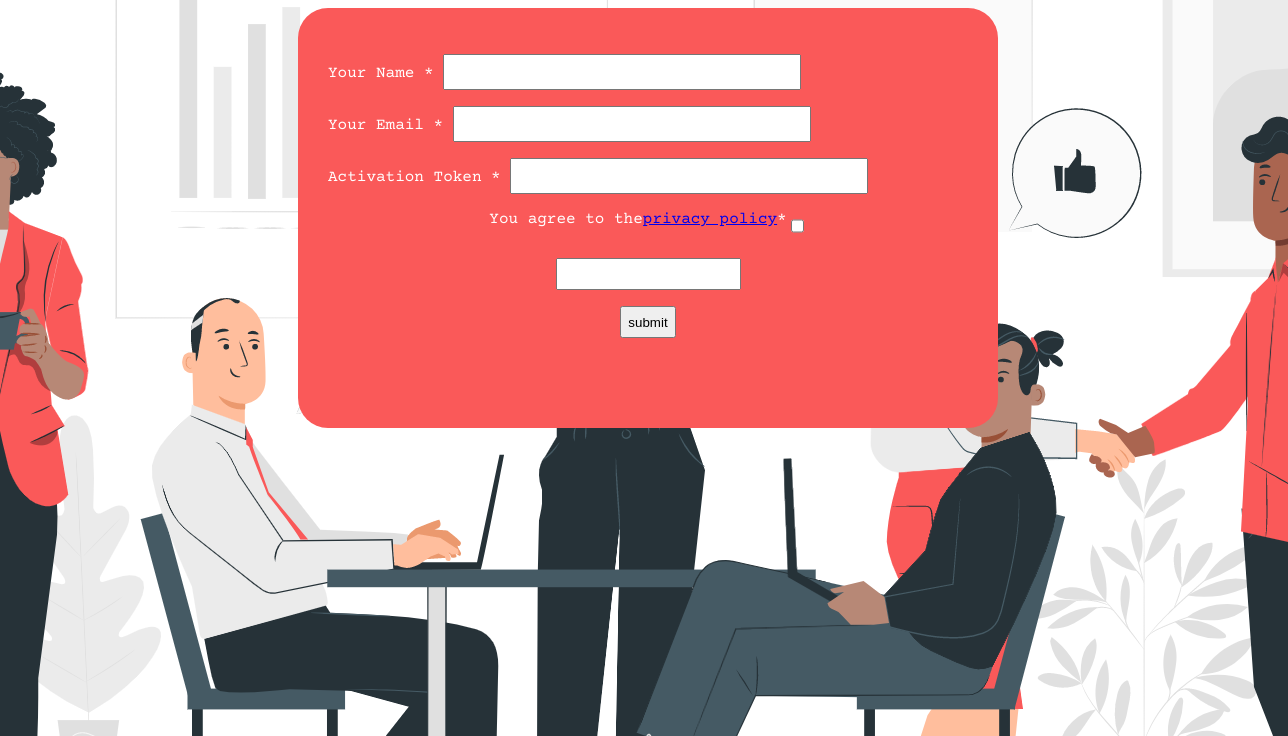
Repository: Rachael4life/Assignment-1
Page: starter-code/src/index.html
An editor plug-in stored every save of this project. The page is shown before and after the next save, followed by the edit.
The browser window is 1280 px wide. The page is 1288 px wide, so the pictures cover 1288 px, including what lies to the right of the window. The pictures show the whole page.

Above is the page before, as saved 2022-02-25 15:41:41.

### starter-code/src/index.html
<!DOCTYPE html>
<html lang="en">
<head>
    <meta charset="UTF-8">
    <meta http-equiv="X-UA-Compatible" content="IE=edge">
    <meta name="viewport" content="width=device-width, initial-scale=1.0">
    <link rel="stylesheet" href="style.css">
    <link rel="preconnect" href="https://fonts.googleapis.com">
<link rel="preconnect" href="https://fonts.gstatic.com" crossorigin>
    <link href="https://fonts.googleapis.com/css2?family=Courier+Prime&display=swap" rel="stylesheet">
    <title>Assignment 1</title>
</head>
<body>
    <div id="ramyeon">

        <form class="kimchi">
            <div> <p></p>
                <label for="name">Your Name <span class="asteric">*</span></label>
                <input class="formgroup" type="text" name="name" id="name" placeholder="">
            </div>
            <div> <p></p>
                <label for="email">Your Email <span class="asteric">*</span> </label>
                <input class="formgroup" type="text" name="email" id="email" placeholder="">
            </div>
            <div> <p></p>
                <label for="password">Activation Token <span class="asteric">*</span> </label>
                <input class="formgroup" type="password" name="activation token" id="name" placeholder="">
            </div>
           <p></p>
            <div id="water"><p></p>
                You agree to the <a href="privacy policy"> privacy policy</a> * <input type="checkbox">
            </div>
            <p></p>
            <div id="beef"><p></p>
                <input type="text">
            </div>
            <p></p>
            <div id="gogi"><p></p>
                <button type="button">submit</button>
            </div>
        </form>
    </div>
</body>
</html>

### starter-code/src/style.css
body {
    color: white;
    font-family: 'Courier Prime', monospace;
    width: 100vw;
    height: 100vh;
    background-image: url("img.png");
    background-position: 70%;
}
form {
    background-color: #fa5959;
    font-size: 16px;
    width: 50%;
    height: 50%;
    padding: 30px;
    border-radius: 30px;
}
#ramyeon {
    display: flex;
    justify-content: center;
    align-content: space-between;
    width: 100%;
    height: 100%;
}
#beef {
    align-content: center;
    justify-content: center;
    display: flex;
}
#gogi {
    display: flex;
    justify-content: center;
    align-content:center;
}
#water {
    align-content: center;
    justify-content: center;
    display:flex;
}
.formgroup {
    width: 350px;
    height: 30px;
}

After the next save:
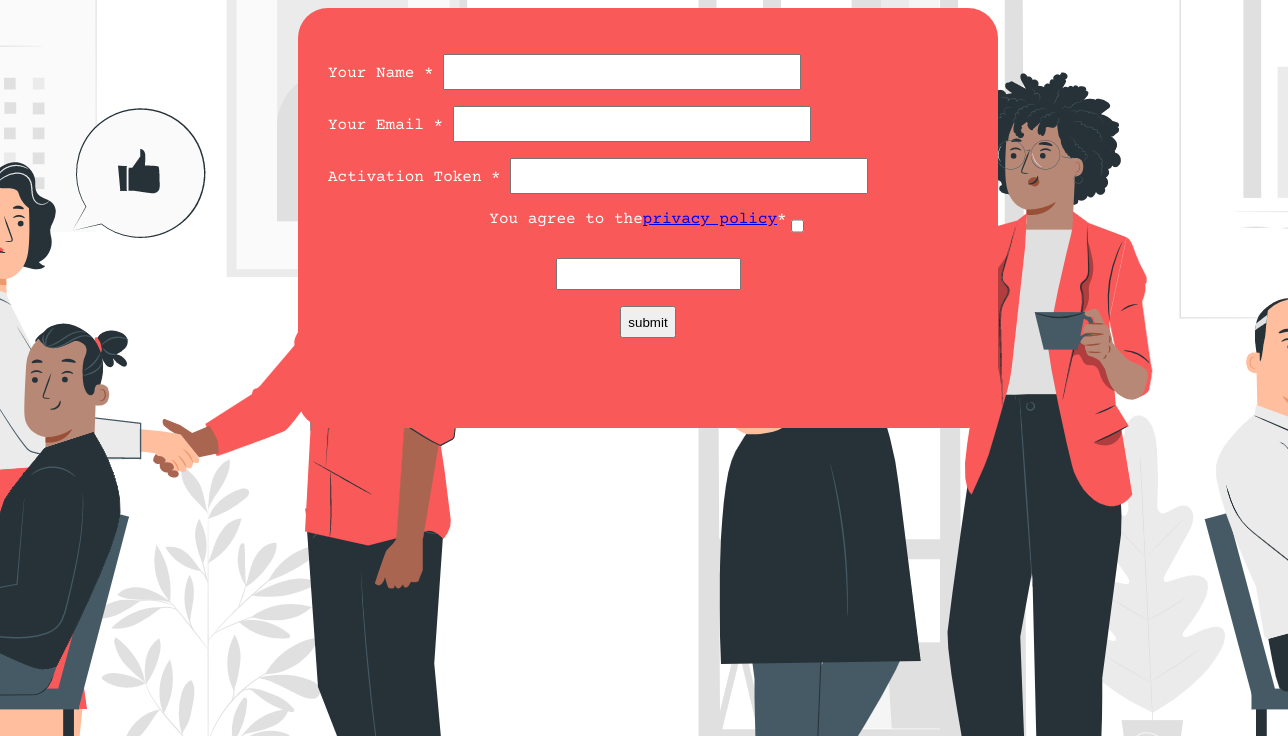
Saved 12 s later.
--- a/starter-code/src/style.css
+++ b/starter-code/src/style.css
@@ -4,7 +4,7 @@ body {
     width: 100vw;
     height: 100vh;
     background-image: url("img.png");
-    background-position: 70%;
+    background-position: 200%;
 }
 form {
     background-color: #fa5959;
